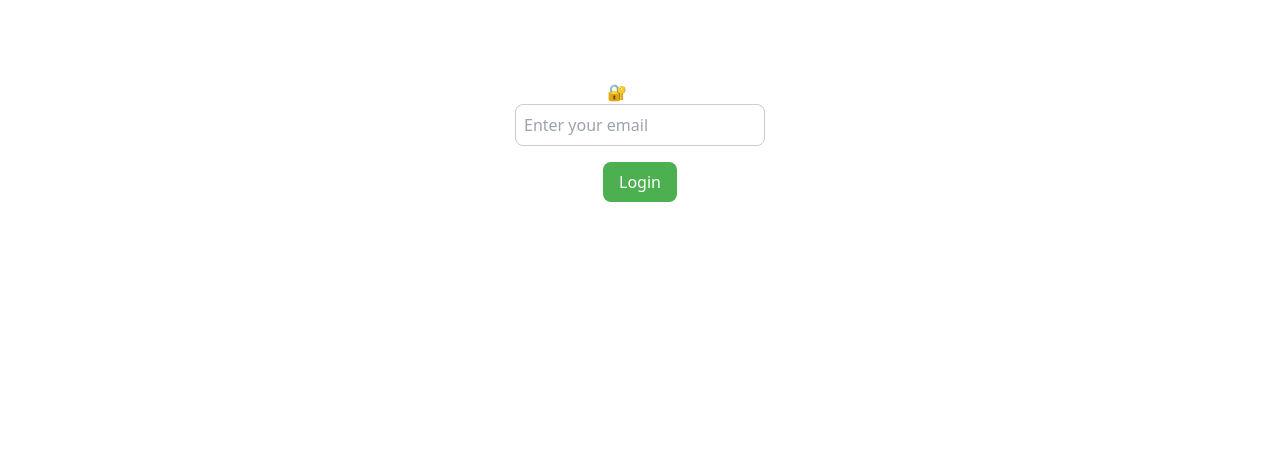
Repository: NongPond/Task_Management_App
Page: /tasks (app in Task Management App/)
An editor plug-in stored every save of this project. The page is shown before and after the next save, followed by the edit.
The browser window is 1280 px wide. The pictures show the whole page.
The project was rebuilt for these pictures with package versions that can differ from the ones it lists, and the page was loaded fresh each time. Also part of the build but not shown: Task Management App/vite.config.ts, Task Management App/src/auth/Register.tsx.

Above is the page before, as saved 2025-04-21 18:50:31.

After the next save:
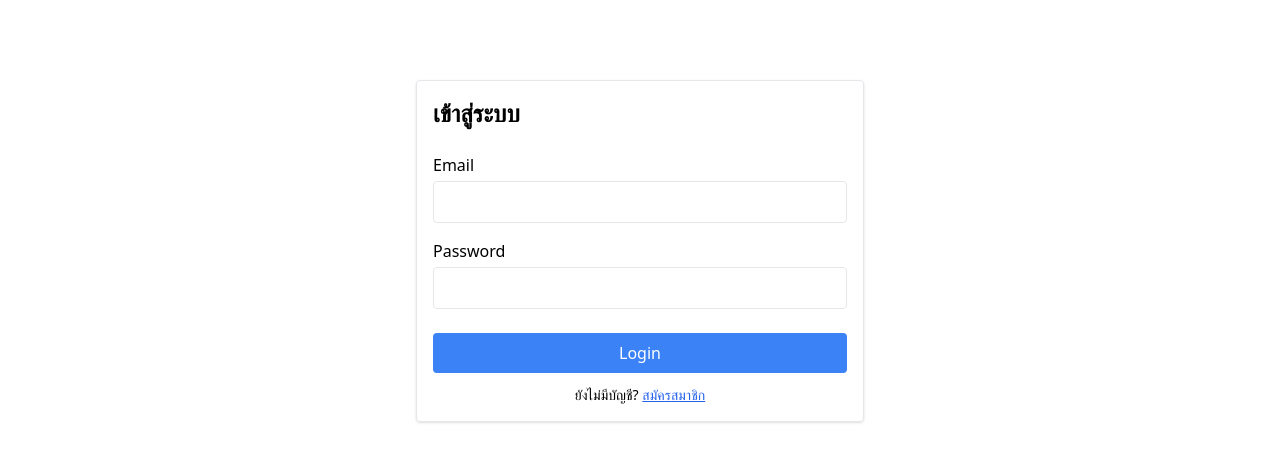
Saved 18 s later.
--- a/Task Management App/src/auth/Login.tsx
+++ b/Task Management App/src/auth/Login.tsx
@@ -1,46 +1,66 @@
-import { useState } from 'react';
-import { useNavigate } from 'react-router-dom';
+import { useState } from "react";
+import { useNavigate, Link } from "react-router-dom";
 
-export default function Login() {
-  const [email, setEmail] = useState('');
+function Login() {
+  const [email, setEmail] = useState("");
+  const [password, setPassword] = useState("");
   const navigate = useNavigate();
 
   const handleLogin = () => {
-    if (email.trim()) {
-      localStorage.setItem('email', email);
-      navigate('/tasks');
+    const users = JSON.parse(localStorage.getItem("users") || "[]");
+
+    const matchedUser = users.find(
+      (user: any) => user.email === email && user.password === password
+    );
+
+    if (matchedUser) {
+      localStorage.setItem("token", "1234");
+      localStorage.setItem("email", email);
+      navigate("/tasks");
+    } else {
+      alert("อีเมลหรือรหัสผ่านไม่ถูกต้อง");
     }
   };
 
   return (
-    <div style={{ display: 'flex', flexDirection: 'column', alignItems: 'center', marginTop: '5rem' }}>
-      <h1 style={{ color: 'white' }}>🔐 Login</h1>
-      <input
-        type="email"
-        placeholder="Enter your email"
-        value={email}
-        onChange={e => setEmail(e.target.value)}
-        style={{
-          padding: '0.5rem',
-          borderRadius: '8px',
-          border: '1px solid #ccc',
-          marginBottom: '1rem',
-          width: '250px',
-        }}
-      />
+    <div className="p-4 max-w-md mx-auto mt-20 border rounded shadow">
+      <h1 className="text-2xl font-bold mb-6">เข้าสู่ระบบ</h1>
+
+      <div className="mb-4">
+        <label className="block mb-1 font-medium">Email</label>
+        <input
+          type="email"
+          value={email}
+          onChange={(e) => setEmail(e.target.value)}
+          className="w-full border px-3 py-2 rounded"
+        />
+      </div>
+
+      <div className="mb-6">
+        <label className="block mb-1 font-medium">Password</label>
+        <input
+          type="password"
+          value={password}
+          onChange={(e) => setPassword(e.target.value)}
+          className="w-full border px-3 py-2 rounded"
+        />
+      </div>
+
       <button
         onClick={handleLogin}
-        style={{
-          backgroundColor: '#4CAF50',
-          color: 'white',
-          padding: '0.5rem 1rem',
-          border: 'none',
-          borderRadius: '8px',
-          cursor: 'pointer',
-        }}
+        className="w-full bg-blue-500 text-white py-2 rounded hover:bg-blue-600 mb-3"
       >
         Login
       </button>
+
+      <p className="text-sm text-center">
+        ยังไม่มีบัญชี?{" "}
+        <Link to="/register" className="text-blue-600 underline">
+          สมัครสมาชิก
+        </Link>
+      </p>
     </div>
   );
 }
+
+export default Login;
